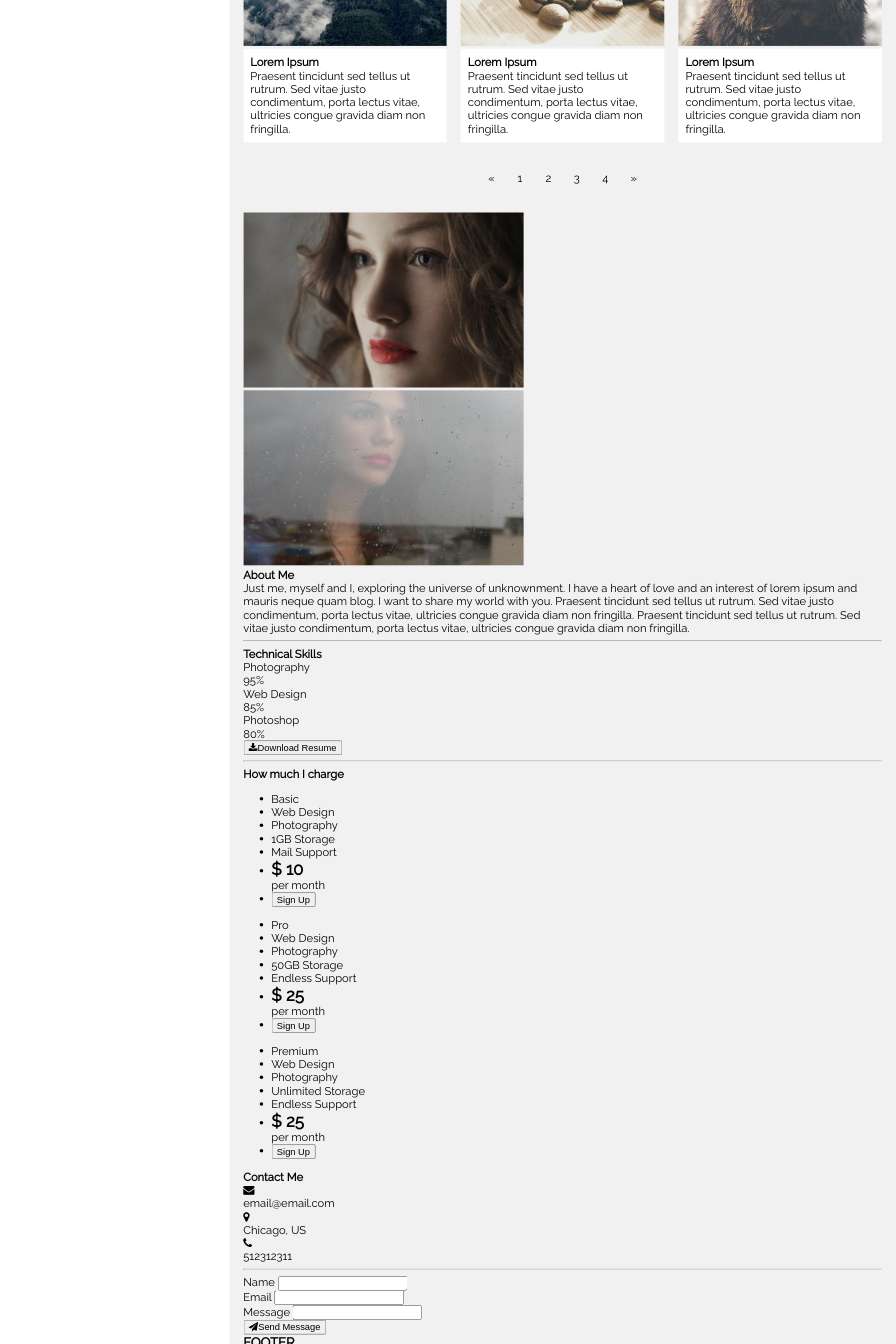
Repository: hesshess/clonecoding-assignment
Page: 5-nature-portfolio/template5.html
The author's editor kept a copy of each file at every save. The page is drawn from the files as they stood at one save, then again after the next save.
The browser window is 1280 px wide. The pictures show the part of the page from y = 691 to 2611 px (the page is 3457 px tall before and 3571 px after), at 70% of full size.

Above is the page before, as saved 2022-03-21 17:40:33.

### 5-nature-portfolio/template5.html
<!DOCTYPE html>
<html>
  <head>
    <title>Nature Portfolio</title>
    <meta charset="UTF-8" />
    <meta name="viewport" content="width=device-width, initial-scale=1" />

    <link
      rel="stylesheet"
      href="https://fonts.googleapis.com/css?family=Raleway"
    />
    <link
      rel="stylesheet"
      href="https://cdnjs.cloudflare.com/ajax/libs/font-awesome/4.7.0/css/font-awesome.min.css"
    />
    <link rel="stylesheet" href="./template5.css" />
  </head>
  <body>
    <!-- Sidebar/menu -->
    <nav id="mySidebar" class="column">
      <img src="./img/avatar_g2.jpg" />
      <h2><b>PORTFOLIO</b></h2>
      <p style="color: gray">Template by W3.CSS</p>

      <a href="#portfolio" style="color: #1fc1a1"
        ><i class="fa fa-th-large fa-fw"></i>PORTFOLIO</a
      >
      <a href="#about"><i class="fa fa-user fa-fw"></i>ABOUT</a>
      <a href="#contact"><i class="fa fa-envelope fa-fw"></i>CONTACT</a>

      <div>
        <i class="fa fa-facebook-official w3-hover-opacity"></i>
        <i class="fa fa-instagram"></i>
        <i class="fa fa-snapchat"></i>
        <i class="fa fa-pinterest-p"></i>
        <i class="fa fa-twitter"></i>
        <i class="fa fa-linkedin"></i>
      </div>
    </nav>
    <div class="back"></div>
    <!-- !PAGE CONTENT! -->
    <div class="cv">
      <!-- Header -->
      <header id="portfolio">
        <div>
          <h1><b>My Portfolio</b></h1>
          <div class="filter">
            <div class="f1">Filter:</div>
            <div class="filter_btn">ALL</div>
            <div class="filter_btn"><i class="fa fa-diamond"></i>Design</div>
            <div class="filter_btn"><i class="fa fa-photo"></i>Photos</div>
            <div class="filter_btn"><i class="fa fa-map-pin"></i>Art</div>
          </div>
          <div class="bar"></div>
        </div>
      </header>

      <!-- Photo Grid-->

      <div class="grid">
        <div class="box">
          <img src="./img/mountains.jpg" alt="Norway" />
          <div class="box-txt">
            <p><b>Lorem Ipsum</b></p>
            <p>
              Praesent tincidunt sed tellus ut rutrum. Sed vitae justo
              condimentum, porta lectus vitae, ultricies congue gravida diam non
              fringilla.
            </p>
          </div>
        </div>

        <div class="box">
          <img src="./img/lights.jpg" alt="Norway" />
          <div class="box-txt">
            <p><b>Lorem Ipsum</b></p>
            <p>
              Praesent tincidunt sed tellus ut rutrum. Sed vitae justo
              condimentum, porta lectus vitae, ultricies congue gravida diam non
              fringilla.
            </p>
          </div>
        </div>

        <div class="box">
          <img src="./img/nature.jpg" alt="Norway" />
          <div class="box-txt">
            <p><b>Lorem Ipsum</b></p>
            <p>
              Praesent tincidunt sed tellus ut rutrum. Sed vitae justo
              condimentum, porta lectus vitae, ultricies congue gravida diam non
              fringilla.
            </p>
          </div>
        </div>

        <div class="box">
          <img src="./img/p1.jpg" alt="Norway" />
          <div class="box-txt">
            <p><b>Lorem Ipsum</b></p>
            <p>
              Praesent tincidunt sed tellus ut rutrum. Sed vitae justo
              condimentum, porta lectus vitae, ultricies congue gravida diam non
              fringilla.
            </p>
          </div>
        </div>
        <div class="box">
          <img src="./img/p2.jpg" alt="Norway" />
          <div class="box-txt">
            <p><b>Lorem Ipsum</b></p>
            <p>
              Praesent tincidunt sed tellus ut rutrum. Sed vitae justo
              condimentum, porta lectus vitae, ultricies congue gravida diam non
              fringilla.
            </p>
          </div>
        </div>

        <div class="box">
          <img src="./img/p3.jpg" alt="Norway" />
          <div class="box-txt">
            <p><b>Lorem Ipsum</b></p>
            <p>
              Praesent tincidunt sed tellus ut rutrum. Sed vitae justo
              condimentum, porta lectus vitae, ultricies congue gravida diam non
              fringilla.
            </p>
          </div>
        </div>
      </div>

      <!-- Pagination -->

      <div class="pagination">
        <a class="page" href="#">«</a>
        <a class="page" href="#">1</a>
        <a class="page" href="#">2</a>
        <a class="page" href="#">3</a>
        <a class="page" href="#">4</a>
        <a class="page" href="#">»</a>
      </div>

      <!-- Images of Me -->
      <div id="about">
        <div>
          <img src="./img/avatar_g.jpg" alt="Me" />
        </div>
        <div>
          <img src="./img/me2.jpg" alt="Me" />
        </div>
      </div>

      <div>
        <h4><b>About Me</b></h4>
        <p>
          Just me, myself and I, exploring the universe of unknownment. I have a
          heart of love and an interest of lorem ipsum and mauris neque quam
          blog. I want to share my world with you. Praesent tincidunt sed tellus
          ut rutrum. Sed vitae justo condimentum, porta lectus vitae, ultricies
          congue gravida diam non fringilla. Praesent tincidunt sed tellus ut
          rutrum. Sed vitae justo condimentum, porta lectus vitae, ultricies
          congue gravida diam non fringilla.
        </p>
        <hr />

        <h4>Technical Skills</h4>
        <!-- Progress bars / Skills -->
        <p>Photography</p>
        <div>
          <div>95%</div>
        </div>
        <p>Web Design</p>
        <div>
          <div>85%</div>
        </div>
        <p>Photoshop</p>
        <div>
          <div>80%</div>
        </div>
        <p>
          <button><i class="fa fa-download"></i>Download Resume</button>
        </p>
        <hr />

        <h4>How much I charge</h4>
        <!-- Pricing Tables -->
        <div>
          <div>
            <ul>
              <li>Basic</li>
              <li>Web Design</li>
              <li>Photography</li>
              <li>1GB Storage</li>
              <li>Mail Support</li>
              <li>
                <h2>$ 10</h2>
                <span>per month</span>
              </li>
              <li>
                <button>Sign Up</button>
              </li>
            </ul>
          </div>

          <div>
            <ul>
              <li>Pro</li>
              <li>Web Design</li>
              <li>Photography</li>
              <li>50GB Storage</li>
              <li>Endless Support</li>
              <li>
                <h2>$ 25</h2>
                <span>per month</span>
              </li>
              <li>
                <button>Sign Up</button>
              </li>
            </ul>
          </div>

          <div>
            <ul>
              <li>Premium</li>
              <li>Web Design</li>
              <li>Photography</li>
              <li>Unlimited Storage</li>
              <li>Endless Support</li>
              <li>
                <h2>$ 25</h2>
                <span>per month</span>
              </li>
              <li>
                <button>Sign Up</button>
              </li>
            </ul>
          </div>
        </div>
      </div>

      <!-- Contact Section -->
      <div>
        <h4 id="contact"><b>Contact Me</b></h4>
        <div>
          <div>
            <p><i class="fa fa-envelope"></i></p>
            <p>email@email.com</p>
          </div>
          <div>
            <p>
              <i class="fa fa-map-marker"></i>
            </p>
            <p>Chicago, US</p>
          </div>
          <div>
            <p><i class="fa fa-phone"></i></p>
            <p>512312311</p>
          </div>
        </div>
        <hr />
        <form>
          <div>
            <label>Name</label>
            <input type="text" name="Name" required />
          </div>
          <div>
            <label>Email</label>
            <input type="text" name="Email" required />
          </div>
          <div>
            <label>Message</label>
            <input type="text" name="Message" required />
          </div>
          <button type="submit">
            <i class="fa fa-paper-plane"></i>Send Message
          </button>
        </form>
      </div>

      <!-- Footer -->
      <footer>
        <div>
          <div>
            <h3>FOOTER</h3>
            <p>
              Praesent tincidunt sed tellus ut rutrum. Sed vitae justo
              condimentum, porta lectus vitae, ultricies congue gravida diam non
              fringilla.
            </p>
            <p>
              Powered by
              <a>w3.css</a>
            </p>
          </div>

          <div>
            <h3>BLOG POSTS</h3>
            <ul>
              <li>
                <img src="./img/workshop.jpg" />
                <span>Lorem</span><br />
                <span>Sed mattis nunc</span>
              </li>
              <li>
                <img src="./img/gondol.jpg" />
                <span>Ipsum</span><br />
                <span>Praes tinci sed</span>
              </li>
            </ul>
          </div>

          <div>
            <h3>POPULAR TAGS</h3>
            <p>
              <span>Travel</span>
              <span>New York</span>
              <span>London</span>
              <span>IKEA</span>
              <span>NORWAY</span>
              <span>DIY</span>
              <span>Ideas</span>
              <span>Baby</span>
              <span>Family</span>
              <span>News</span>
              <span>Clothing</span>
              <span>Shopping</span>
              <span>Sports</span>
              <span>Games</span>
            </p>
          </div>
        </div>
      </footer>

      <div>
        Powered by
        <a>w3.css</a>
      </div>

      <!-- End page content -->
    </div>
  </body>
</html>

### 5-nature-portfolio/template5.css
body,
h1,
h2,
h3,
h4,
h5,
h6,
p {
  font-family: 'Raleway', sans-serif;
  margin: 0;
}
* {
  box-sizing: border-box;
}

a {
  text-decoration: none;
  color: black;
}
a:hover {
  background-color: lightgray;
}
body {
  display: grid;
  gap: 10px;
  grid-template-columns: 1fr 3fr;
  grid-template-rows: 3fr;
}
nav {
  width: 25%;
  position: fixed;
  height: 70%;
  margin: 0;
  padding: 30px;
  background-color: white;
}
.column {
  display: flex;
  flex-direction: column;
  justify-content: space-between;
}
#mySidebar > img {
  width: 50%;
  border-radius: 5px;
}
.cv {
  background-color: #f1f1f1;
  padding: 20px;
}
.filter {
  display: flex;
  align-items: center;
  padding: 20px 0;
}
.f1 {
  margin-right: 20px;
}
.filter_btn {
  padding: 10px 20px;
  margin-right: 10px;
  background-color: white;
}

.bar {
  background-color: #cccccc;
  height: 7px;
  width: 100%;
  margin-bottom: 20px;
}
.grid {
  display: grid;
  gap: 20px;
  grid-template:
    'box box box' 1fr
    'box box box' 1fr / 1fr 1fr 1fr;
}

.box img {
  width: 100%;
}
.box-txt {
  background-color: white;
  padding: 10px;
}
.pagination {
  height: 100px;
  padding: 50px;
  display: flex;
  justify-content: center;
}
.page {
  width: 5%;
  height: auto;
  display: flex;
  justify-content: center;
  align-items: center;
}

After the next save:
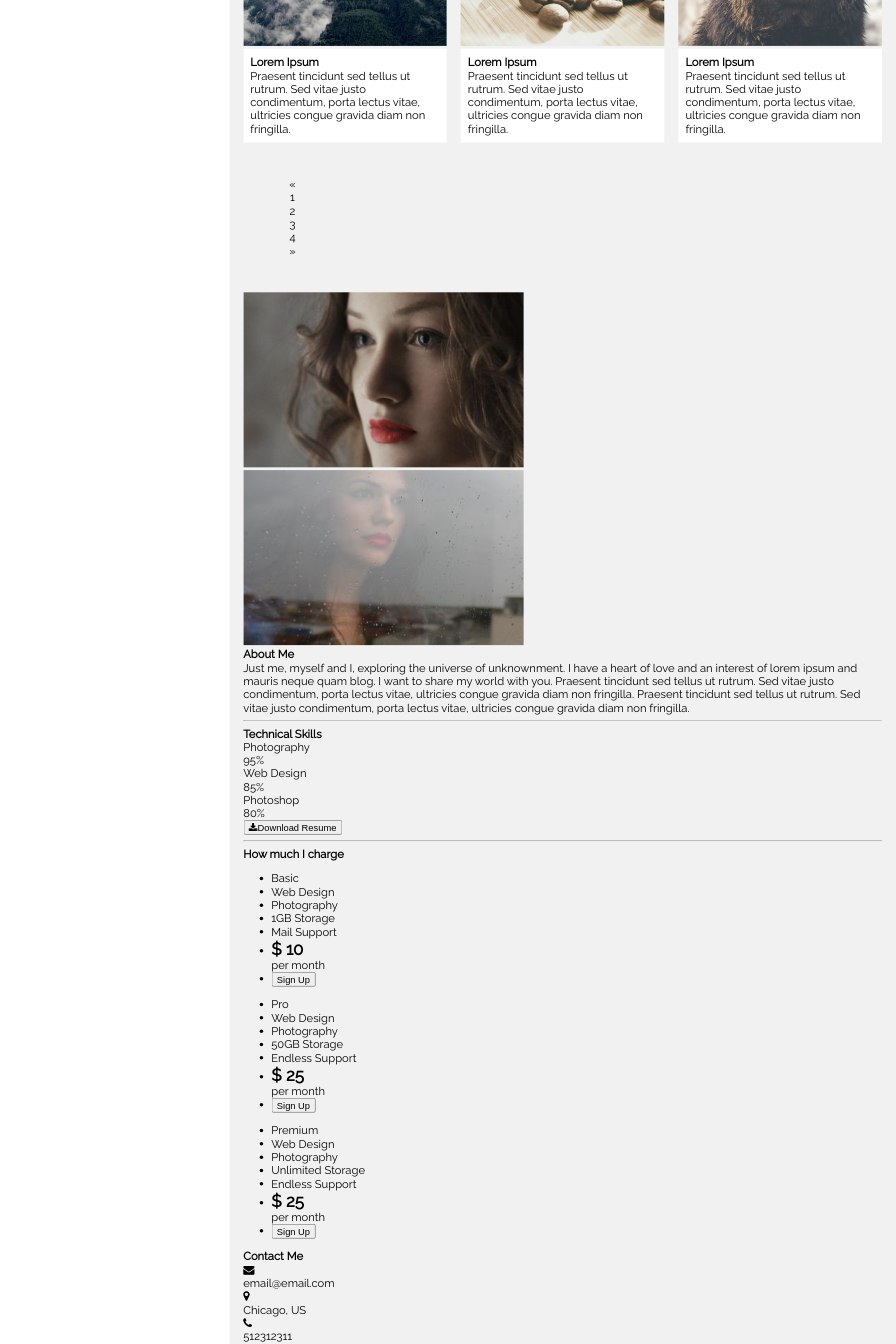
Saved 92 s later.
--- a/5-nature-portfolio/template5.css
+++ b/5-nature-portfolio/template5.css
@@ -83,9 +83,8 @@ nav {
   padding: 10px;
 }
 .pagination {
-  height: 100px;
   padding: 50px;
-  display: flex;
+  display: block;
   justify-content: center;
 }
 .page {
